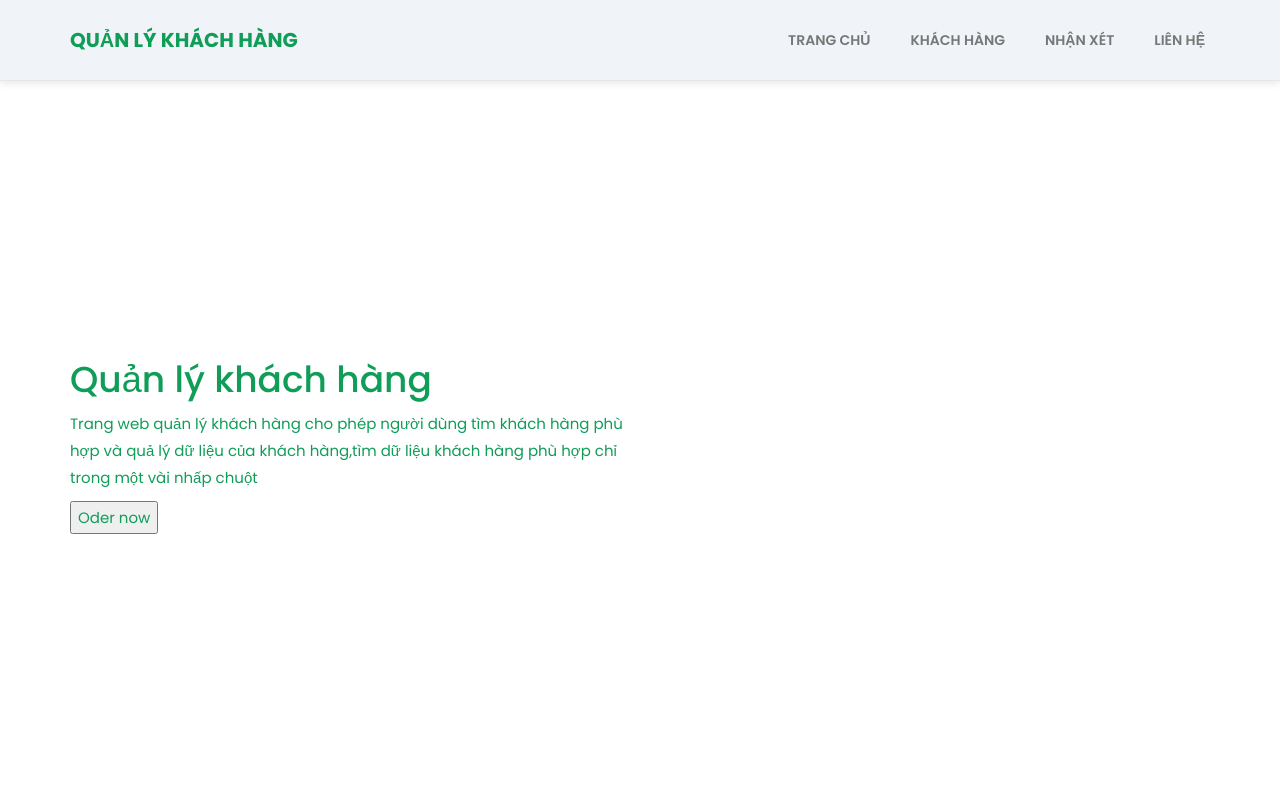
Repository: huutien1904/bt2-ltw
Page: index.html
The author's editor kept a copy of each file at every save. The page is drawn from the files as they stood at one save, then again after the next save.
The browser window is 1280 px wide. The pictures show the whole page.

Above is the page before, as saved 2021-11-04 00:22:09.

After the next save:
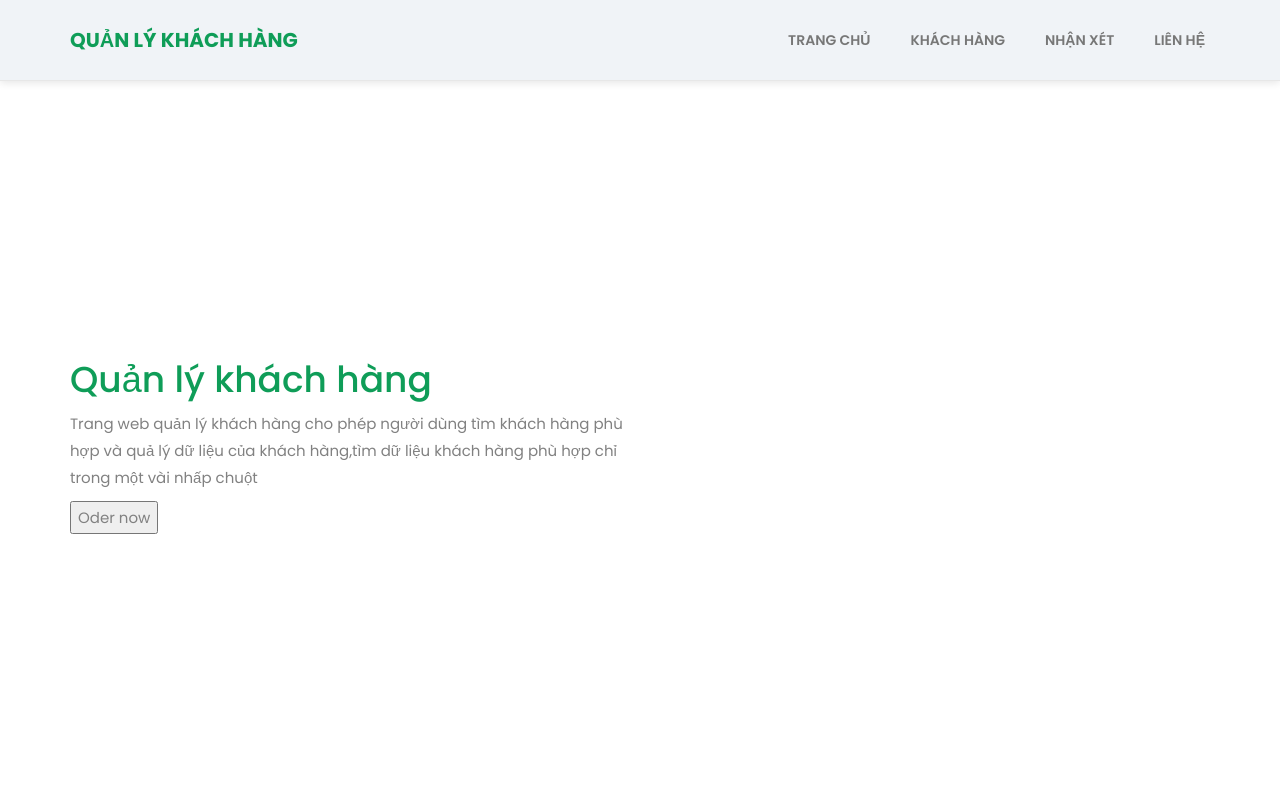
Saved 2 s later.
--- a/index.html
+++ b/index.html
@@ -48,8 +48,8 @@
     <div class="container">
       <div class="row">
         <div class="col-md-6 col-xs-12 ">
-          <div class="slogan">
-            <h1 class="">Quản lý khách hàng</h1>
+          <div class="">
+            <h1 class="slogan">Quản lý khách hàng</h1>
             <p class="">
               Trang web quản lý khách hàng cho phép người dùng tìm khách hàng phù hợp và quả lý dữ liệu của khách hàng,tìm dữ liệu khách hàng phù hợp chỉ trong một vài nhấp chuột
             </p>
